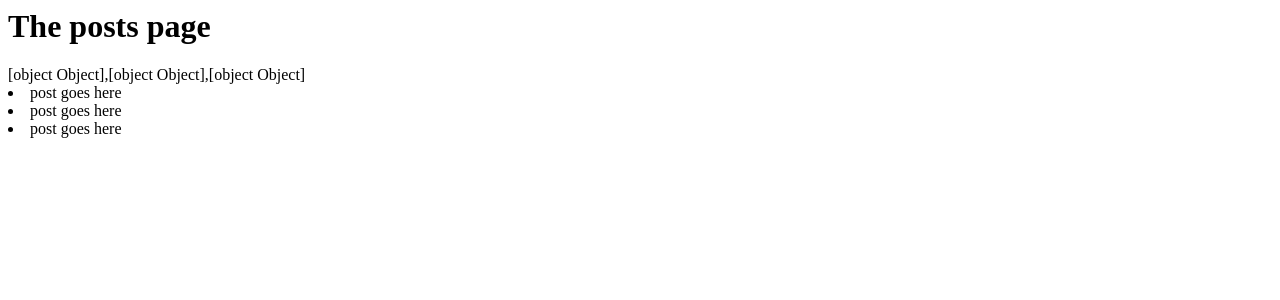
Repository: aneescode4u/testp
Page: http://localhost/posts
The author's editor kept a record of every edit. The page is drawn from the files as they stood at one moment, then again after the next edit.
The browser window is 1280 px wide. The pictures show the whole page.
The page is served by the project's Node server (MoreExpress/EJSDemo/app.js).

Above is the page before.

After the next edit:
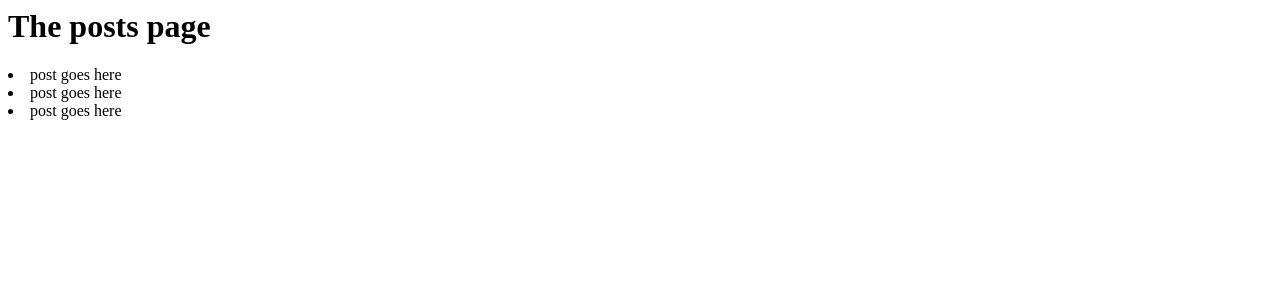
The edit:
--- a/workspace/MoreExpress/EJSDemo/views/posts.ejs
+++ b/workspace/MoreExpress/EJSDemo/views/posts.ejs
@@ -1,5 +1,4 @@
 <h1>The posts page</h1>
-<%= posts %>
 
 <% for(var i=0;i<posts.length;i++){%>
 <li>
